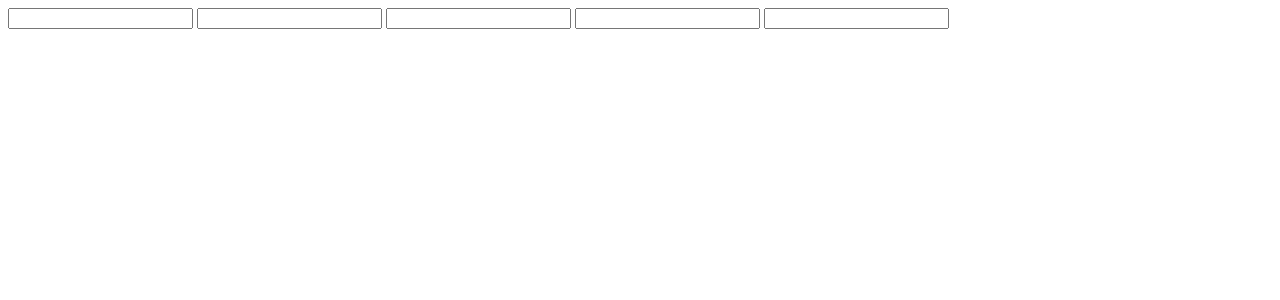
Repository: inkeaton/samarkanda
Page: Codice/Unige/Anno 3/SAW/es2/form.html
The author's editor kept a copy of each file at every save. The page is drawn from the files as they stood at one save, then again after the next save.
The browser window is 1280 px wide. The pictures show the whole page.

Above is the page before, as saved 2023-10-01 15:04:43.

After the next save:
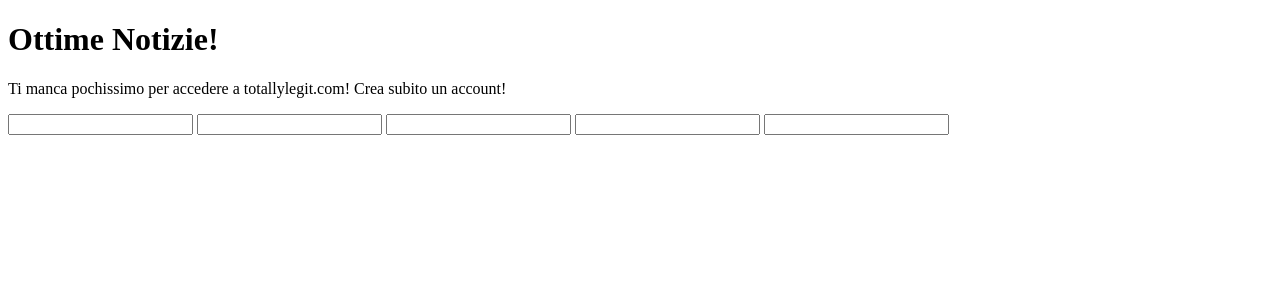
Saved 110 s later.
--- a/Codice/Unige/Anno 3/SAW/es2/form.html
+++ b/Codice/Unige/Anno 3/SAW/es2/form.html
@@ -6,15 +6,21 @@
     </head>
 
     <body>
-        <input type="text" id="firstname" name="firstname">
+        <header>
+            <h1>Ottime Notizie!</h1>
+            <p>Ti manca pochissimo per accedere a totallylegit.com! Crea subito un account!</p>
+        </header>
 
-     <input type="text" id="lastname" name="lastname">
+        <form>
+            <input type="text" id="firstname" name="firstname">
 
-    <input type="email" id="email" name="email">
+            <input type="text" id="lastname" name="lastname">
 
-    <input type="password" id="pass" name="pass">
+            <input type="email" id="email" name="email">
 
-    <input type="password" id="confirm" name="confirm">
+            <input type="password" id="pass" name="pass">
 
+            <input type="password" id="confirm" name="confirm">
+        </form>
     </body>
 </html>
